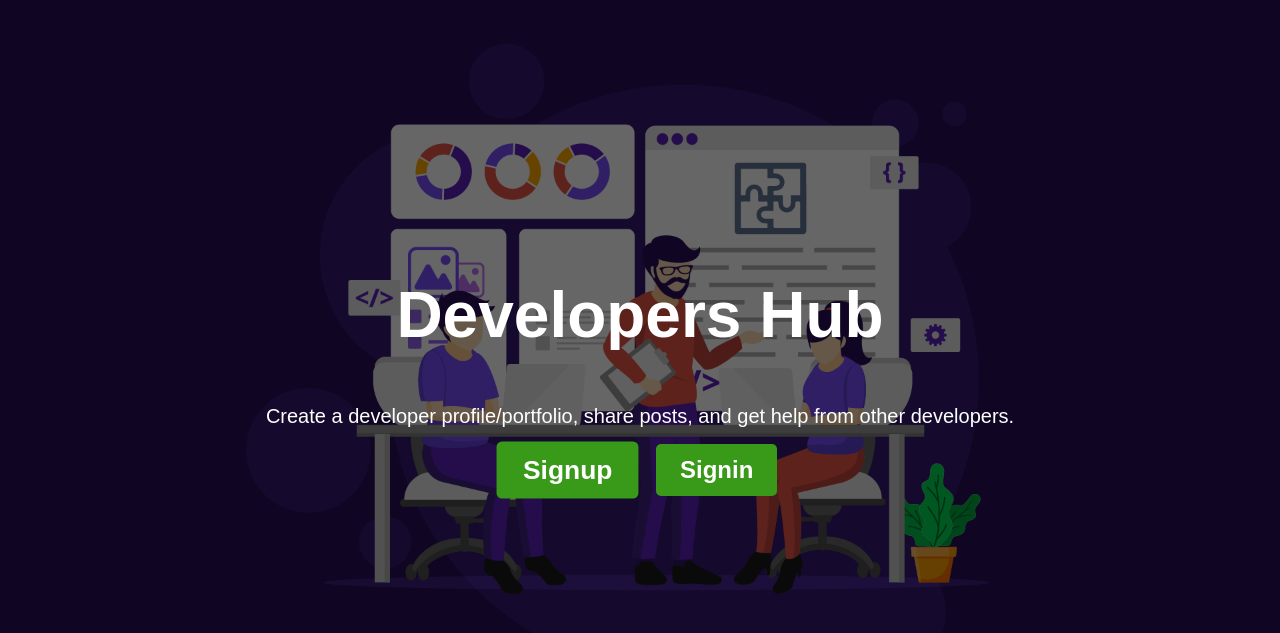
Repository: sayyad-mukthumsa-123/DevMania
Page: / (app in frontend/)
These files come from the project's save history. The page is drawn as it stood at one moment and after the next save; the edit follows.
The browser window is 1280 px wide. The pictures show the whole page.
The pointer rests on the first visible `.btn`.
The project was rebuilt for these pictures with package versions that can differ from the ones it lists, and the page was loaded fresh each time. Also part of the build but not shown: frontend/src/pages/login.js, frontend/src/pages/register.js, frontend/src/pages/Allprofiles.js, frontend/src/pages/MyProfile.js, frontend/src/pages/Indprofile.js.

Above is the page before, as saved 2025-03-01 00:03:35.

After the next save:
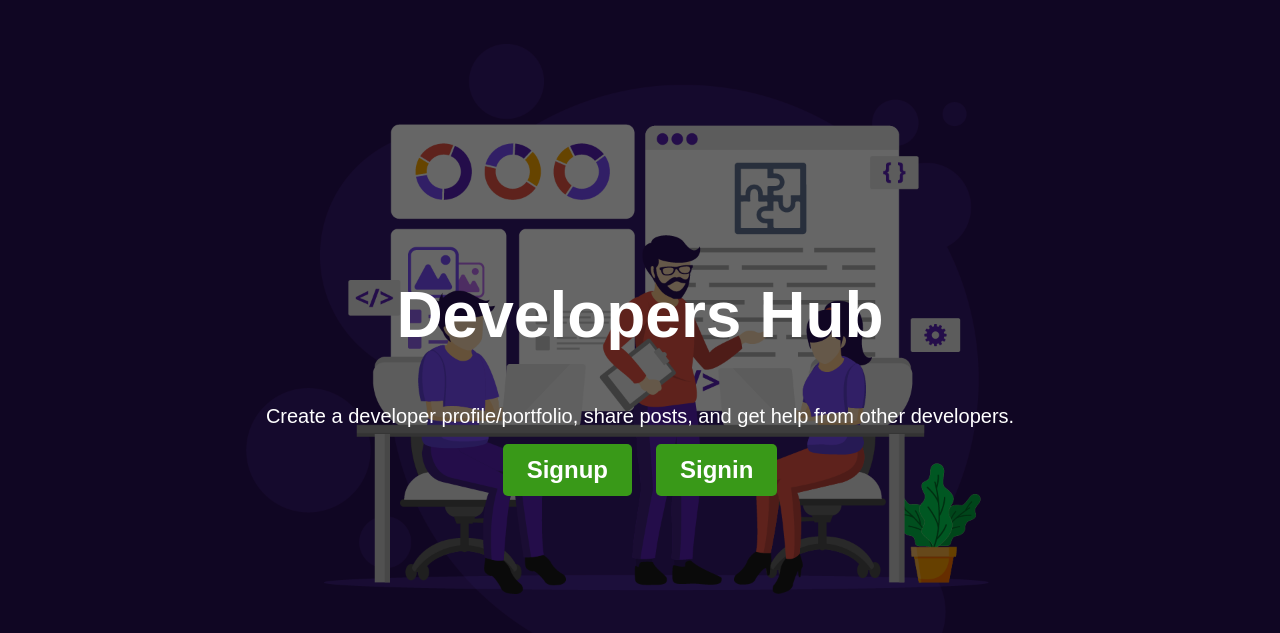
Saved 14 s later.
--- a/frontend/src/styles/styles.css
+++ b/frontend/src/styles/styles.css
@@ -167,7 +167,6 @@ body, html {
 }
 
 .btn:hover,.btn-auth:hover {
-  transform: scale(1.1);
   background-color:#399918;
   transition: all;
 }
